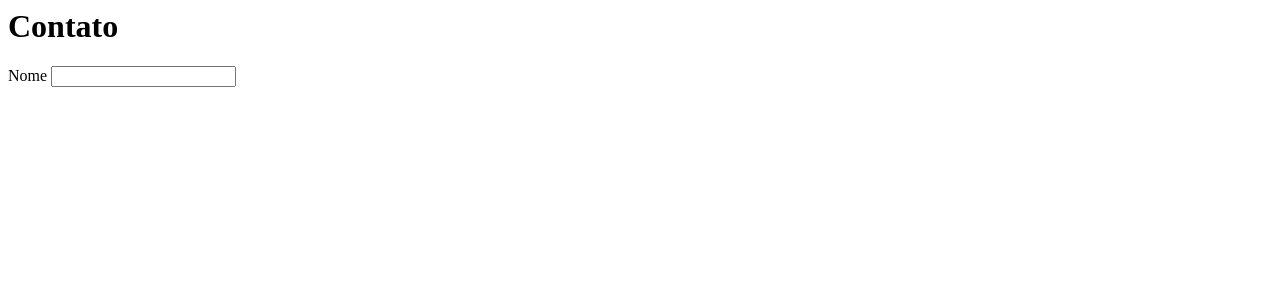
Repository: BrunoCesarAngst/poo
Page: aula04/views/form.html
The author's editor kept a copy of each file at every save. The page is drawn from the files as they stood at one save, then again after the next save.
The browser window is 1280 px wide. The pictures show the whole page.

Above is the page before, as saved 2020-08-21 19:59:45.

### aula04/views/form.html
<h1>Contato</h1>

<form>
  <div class="form-group">
    <label for="">Nome</label>
    <input id="name" type="text" class="form-control">
  </div>
</form>

After the next save:
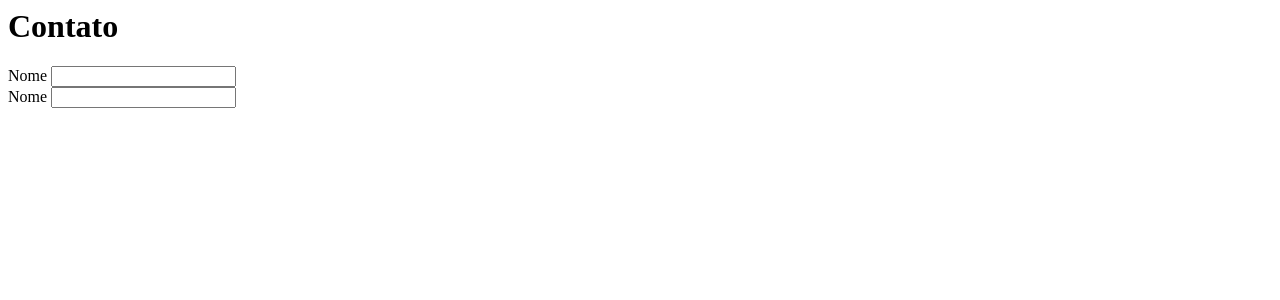
Saved 4 min 51 s later.
--- a/aula04/views/form.html
+++ b/aula04/views/form.html
@@ -5,4 +5,8 @@
     <label for="">Nome</label>
     <input id="name" type="text" class="form-control">
   </div>
+  <div class="form-group">
+    <label for="">Nome</label>
+    <input id="name" type="text" class="form-control">
+  </div>
 </form>
